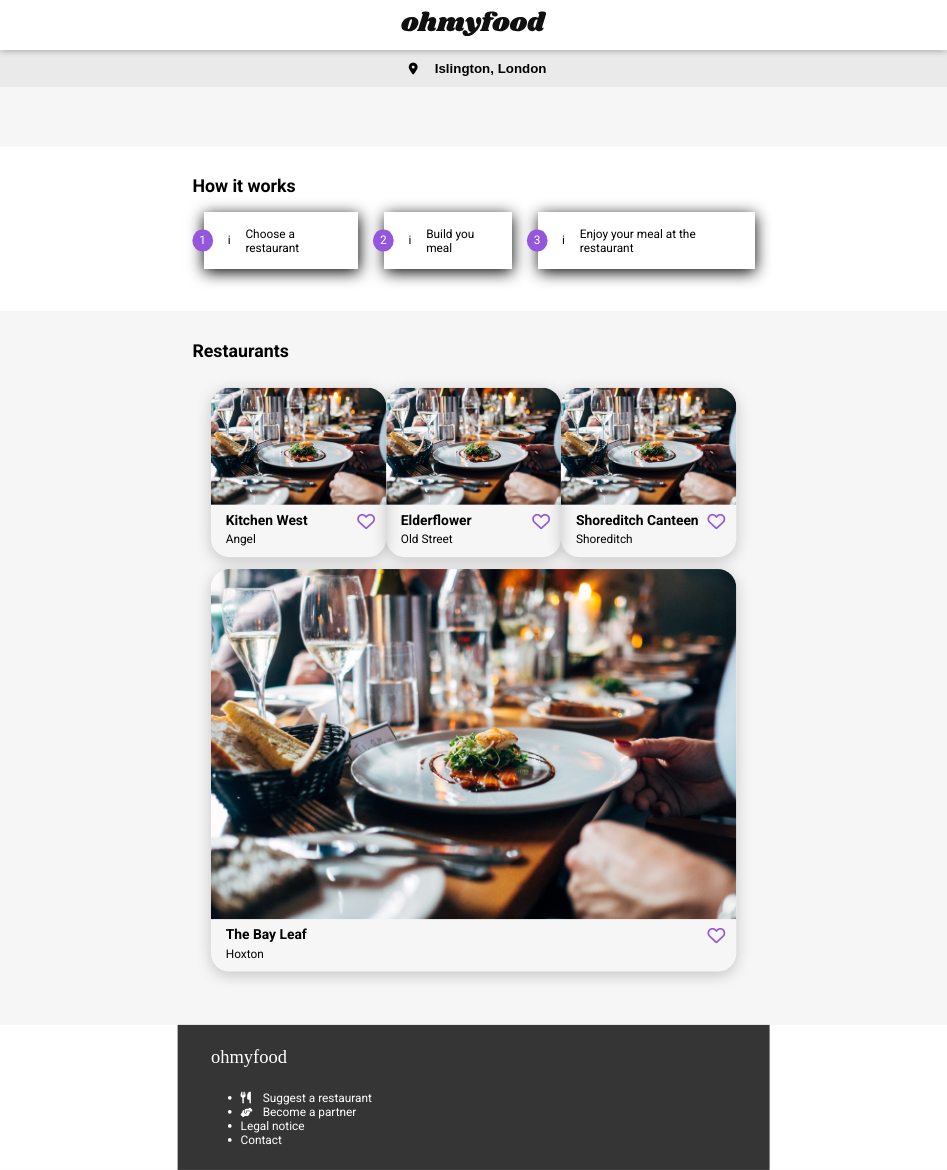
Repository: R1ptou/Project-3
Page: index.html
These files come from the project's save history. The page is drawn as it stood at one moment and after the next save; the edit follows.
The browser window is 1280 px wide. The pictures show the whole page, at 74% of full size.
Some web fonts or font styles are not loaded; a fallback is used. The style sheet was rebuilt from its Sass, Less or Tailwind sources for each picture, by a compiler version that may differ from the author's.

Above is the page before, as saved 2024-03-26 21:28:03.

After the next save:
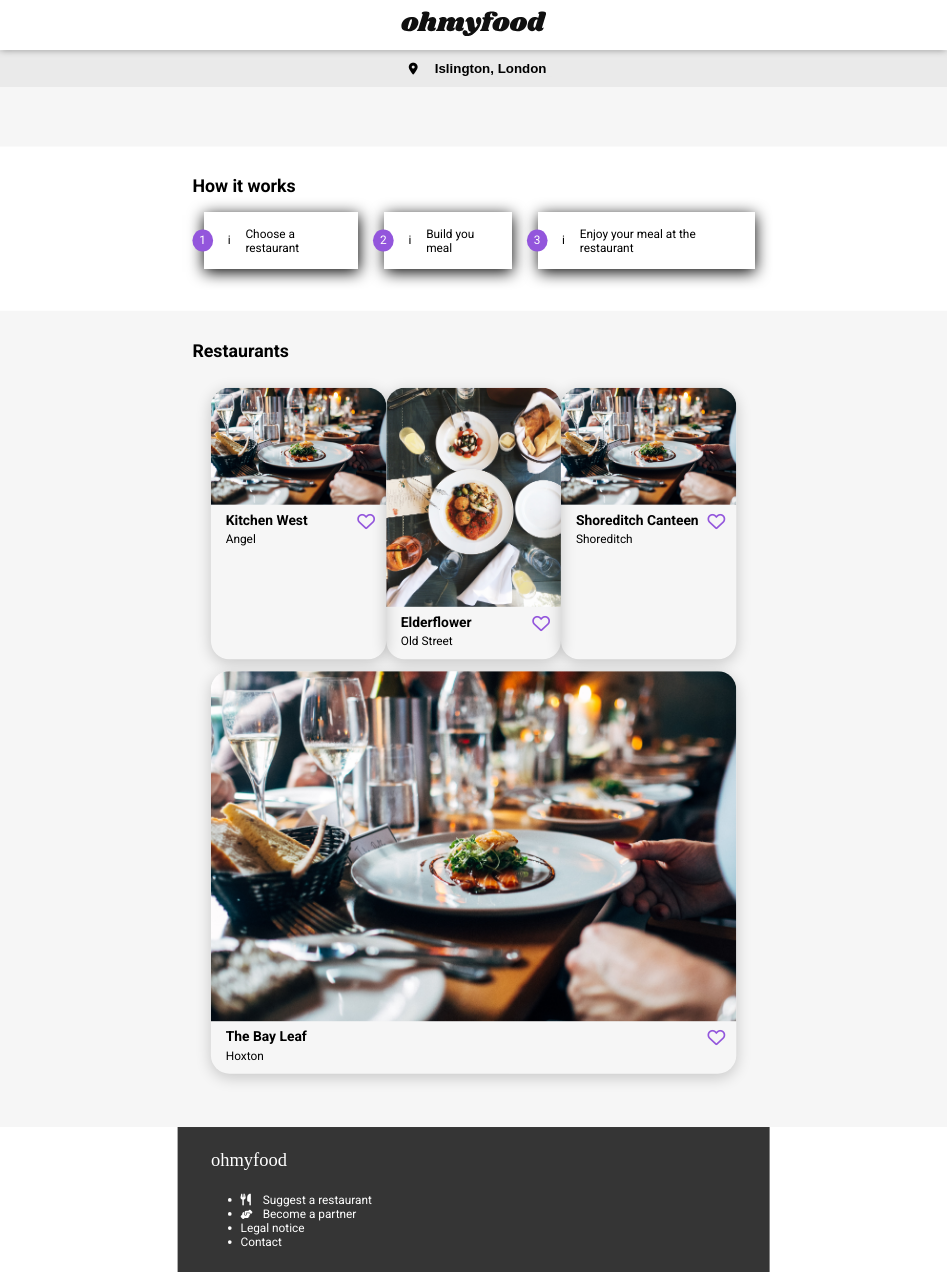
Saved 63 s later.
--- a/index.html
+++ b/index.html
@@ -79,7 +79,7 @@
                     </div>
                  </a>
                  <a href="#" class="card">
-                    <img class="card-img" src="./Images%20and%20text%20Ohmyfood/images/restaurants/jay-wennington-N_Y88TWmGwA-unsplash.jpg" alt="">
+                    <img class="card-img" src="./Images%20and%20text%20Ohmyfood/images/restaurants/stil-u2Lp8tXIcjw-unsplash.jpg" alt="">
                     <div class="card-row">
                         <div class="card-content">
                             <h3 class="card-title">Elderflower</h3>
